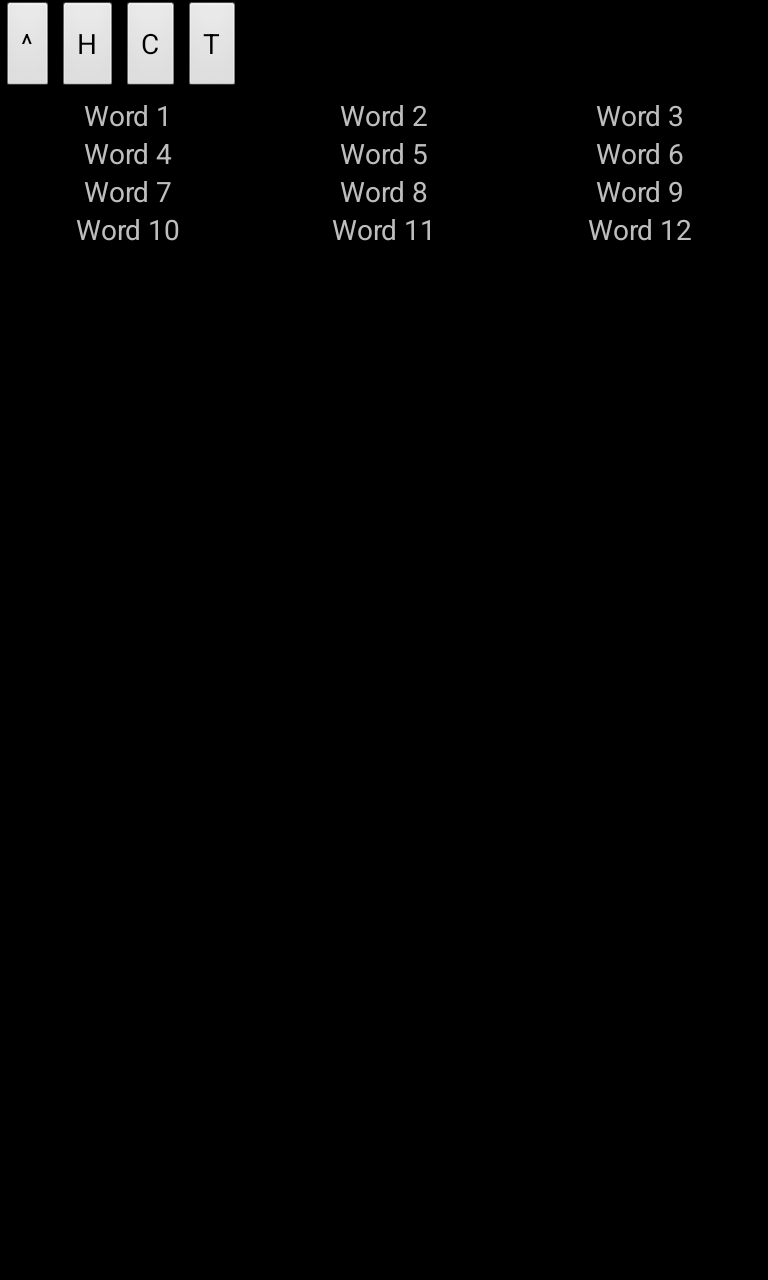
Repository: simplesns/workspace
Layout: eclipse/DEPuzzles/res/layout/wordsearch.xml
The author's editor kept a copy of each file at every save. The layout is drawn from the files as they stood at one save, then again after the next save.
It is drawn on a 768 x 1280 px phone screen (xhdpi) without system bars, with theme android:Theme; the app's code is not run.

Above is the layout before, as saved 2011-02-04 10:01:22.

### eclipse/DEPuzzles/res/layout/wordsearch.xml
<?xml version="1.0" encoding="utf-8"?>
<LinearLayout xmlns:android="http://schemas.android.com/apk/res/android"
	android:layout_width="fill_parent" android:layout_height="fill_parent"
	android:orientation="vertical">
	<LinearLayout android:id="@+id/LinearLayout01"
		android:layout_width="wrap_content" android:layout_height="wrap_content">
		<Button android:text="^" android:id="@+id/Button01"
			android:layout_width="wrap_content" android:layout_height="wrap_content"></Button>
		<Button android:text="H" android:id="@+id/Button02"
			android:layout_width="wrap_content" android:layout_height="wrap_content"></Button>
		<Button android:text="C" android:id="@+id/Button03"
			android:layout_width="wrap_content" android:layout_height="wrap_content"></Button>
		<Button android:text="T" android:id="@+id/Button04"
			android:layout_width="wrap_content" android:layout_height="wrap_content"></Button>
	</LinearLayout>
	<LinearLayout android:id="@+id/LinearLayout02"
		android:layout_width="wrap_content" android:layout_height="wrap_content"></LinearLayout>
	<TableLayout android:id="@+id/TableLayout01"
		android:layout_width="fill_parent" android:layout_height="wrap_content">
		<TableRow android:id="@+id/TableRow01" android:layout_width="fill_parent"
			android:layout_height="wrap_content">
			<TextView android:text="Word 1" android:id="@+id/TextView01"
				android:layout_width="wrap_content" android:layout_height="wrap_content"
				android:layout_weight="1" android:gravity="center_horizontal"></TextView>
			<TextView android:text="Word 2" android:id="@+id/TextView01"
				android:layout_width="wrap_content" android:layout_height="wrap_content"
				android:layout_weight="1" android:gravity="center_horizontal"></TextView>
			<TextView android:text="Word 3" android:id="@+id/TextView01"
				android:layout_width="wrap_content" android:layout_height="wrap_content"
				android:layout_weight="1" android:gravity="center_horizontal"></TextView>
		</TableRow>
		<TableRow android:id="@+id/TableRow01" android:layout_width="fill_parent"
			android:layout_height="wrap_content">
			<TextView android:text="Word 4" android:id="@+id/TextView01"
				android:layout_width="wrap_content" android:layout_height="wrap_content"
				android:layout_weight="1" android:gravity="center_horizontal"></TextView>
			<TextView android:text="Word 5" android:id="@+id/TextView01"
				android:layout_width="wrap_content" android:layout_height="wrap_content"
				android:layout_weight="1" android:gravity="center_horizontal"></TextView>
			<TextView android:text="Word 6" android:id="@+id/TextView01"
				android:layout_width="wrap_content" android:layout_height="wrap_content"
				android:layout_weight="1" android:gravity="center_horizontal"></TextView>
		</TableRow>
		<TableRow android:id="@+id/TableRow01" android:layout_width="fill_parent"
			android:layout_height="wrap_content">
			<TextView android:text="Word 7" android:id="@+id/TextView01"
				android:layout_width="wrap_content" android:layout_height="wrap_content"
				android:layout_weight="1" android:gravity="center_horizontal"></TextView>
			<TextView android:text="Word 8" android:id="@+id/TextView01"
				android:layout_width="wrap_content" android:layout_height="wrap_content"
				android:layout_weight="1" android:gravity="center_horizontal"></TextView>
			<TextView android:text="Word 9" android:id="@+id/TextView01"
				android:layout_width="wrap_content" android:layout_height="wrap_content"
				android:layout_weight="1" android:gravity="center_horizontal"></TextView>
		</TableRow>
		<TableRow android:id="@+id/TableRow01" android:layout_width="fill_parent"
			android:layout_height="wrap_content">
			<TextView android:text="Word 10" android:id="@+id/TextView01"
				android:layout_width="wrap_content" android:layout_height="wrap_content"
				android:layout_weight="1" android:gravity="center_horizontal"></TextView>
			<TextView android:text="Word 11" android:id="@+id/TextView01"
				android:layout_width="wrap_content" android:layout_height="wrap_content"
				android:layout_weight="1" android:gravity="center_horizontal"></TextView>
			<TextView android:text="Word 12" android:id="@+id/TextView01"
				android:layout_width="wrap_content" android:layout_height="wrap_content"
				android:layout_weight="1" android:gravity="center_horizontal"></TextView>
		</TableRow>

	</TableLayout>
</LinearLayout>

After the next save:
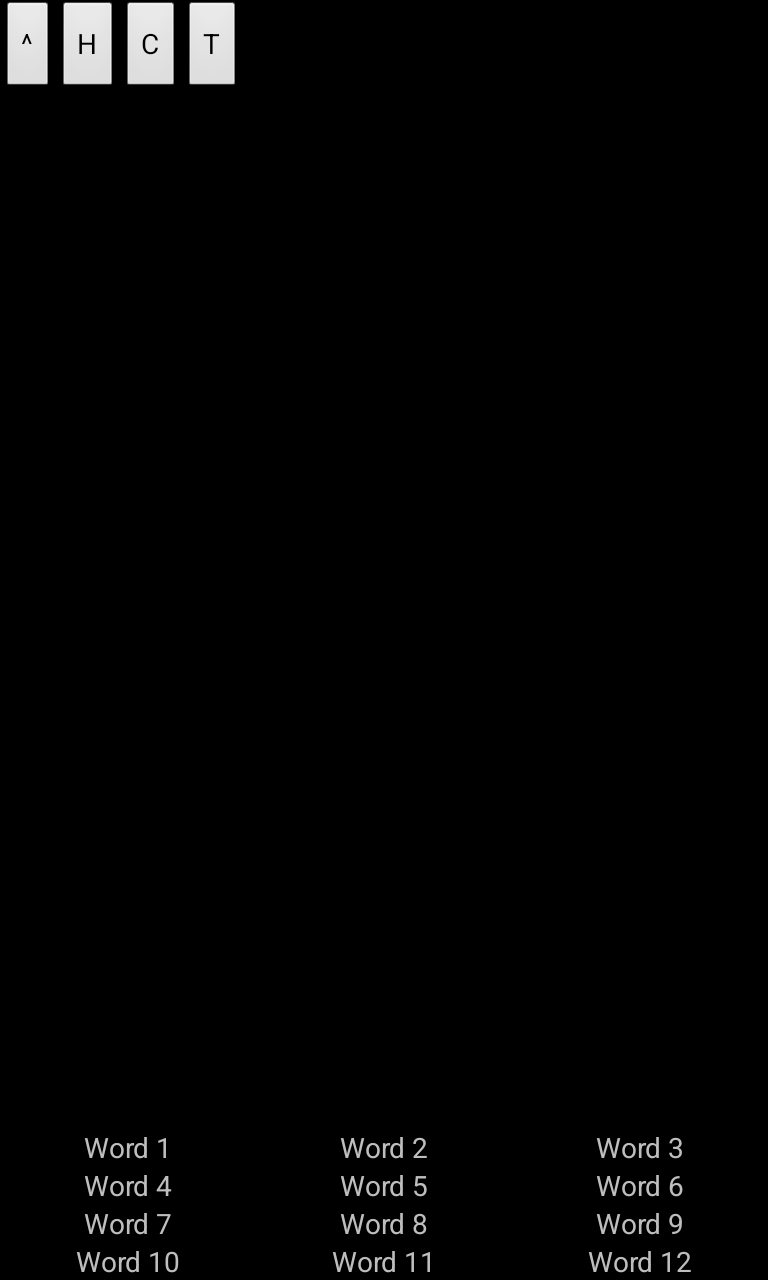
Saved 23 s later.
--- a/eclipse/DEPuzzles/res/layout/wordsearch.xml
+++ b/eclipse/DEPuzzles/res/layout/wordsearch.xml
@@ -14,7 +14,7 @@
 			android:layout_width="wrap_content" android:layout_height="wrap_content"></Button>
 	</LinearLayout>
 	<LinearLayout android:id="@+id/LinearLayout02"
-		android:layout_width="wrap_content" android:layout_height="wrap_content"></LinearLayout>
+		android:layout_height="wrap_content" android:layout_width="fill_parent" android:layout_weight="1"></LinearLayout>
 	<TableLayout android:id="@+id/TableLayout01"
 		android:layout_width="fill_parent" android:layout_height="wrap_content">
 		<TableRow android:id="@+id/TableRow01" android:layout_width="fill_parent"
